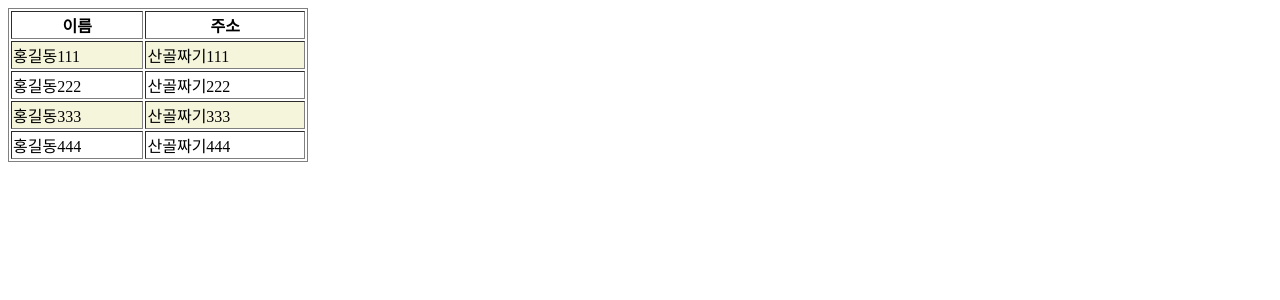
Repository: hangilyon/allJSPStudy
Page: javascript/ex15.html
These files come from the project's save history. The page is drawn as it stood at one moment and after the next save; the edit follows.
The browser window is 1280 px wide. The pictures show the whole page.

Above is the page before, as saved 2021-10-15 11:06:04.

After the next save:
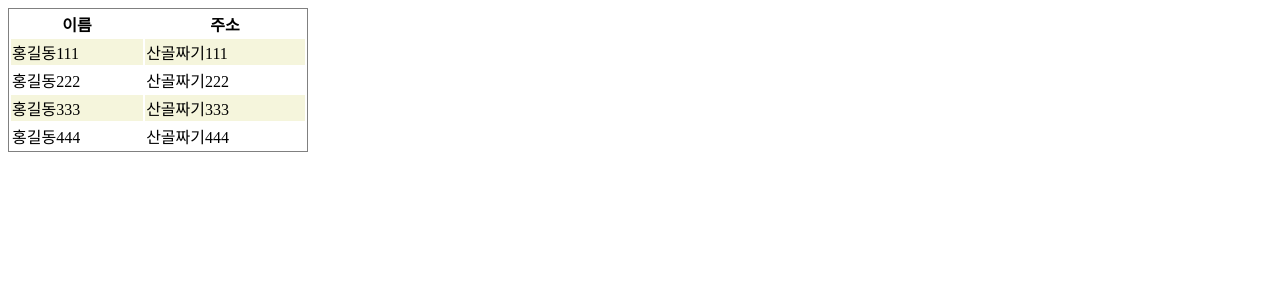
Saved 23 s later.
--- a/javascript/ex15.html
+++ b/javascript/ex15.html
@@ -45,7 +45,7 @@
 </script>
 </head>
 <body onload="init()">
-	<table id="tagAdd" border="1">
+	<table id="tagAdd">
 		<tr><th>이름</th> <th>주소</th></tr>
 	</table>
 </body>
